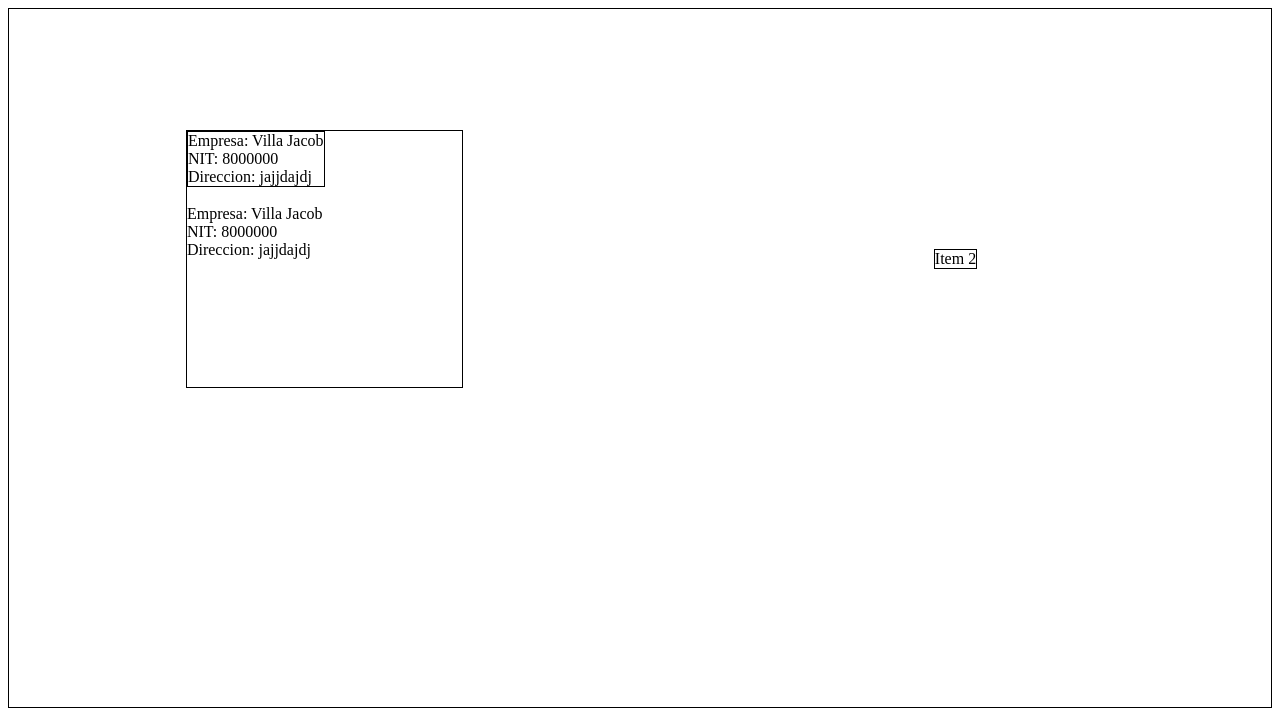
Repository: MrVanQish/FacturaEstructura
Page: index.html
The author's editor kept a copy of each file at every save. The page is drawn from the files as they stood at one save, then again after a run of saves.
The browser window is 1280 px wide. The pictures show the whole page.

Above is the page before, as saved 2021-09-29 09:15:59.

After the next 2 saves:
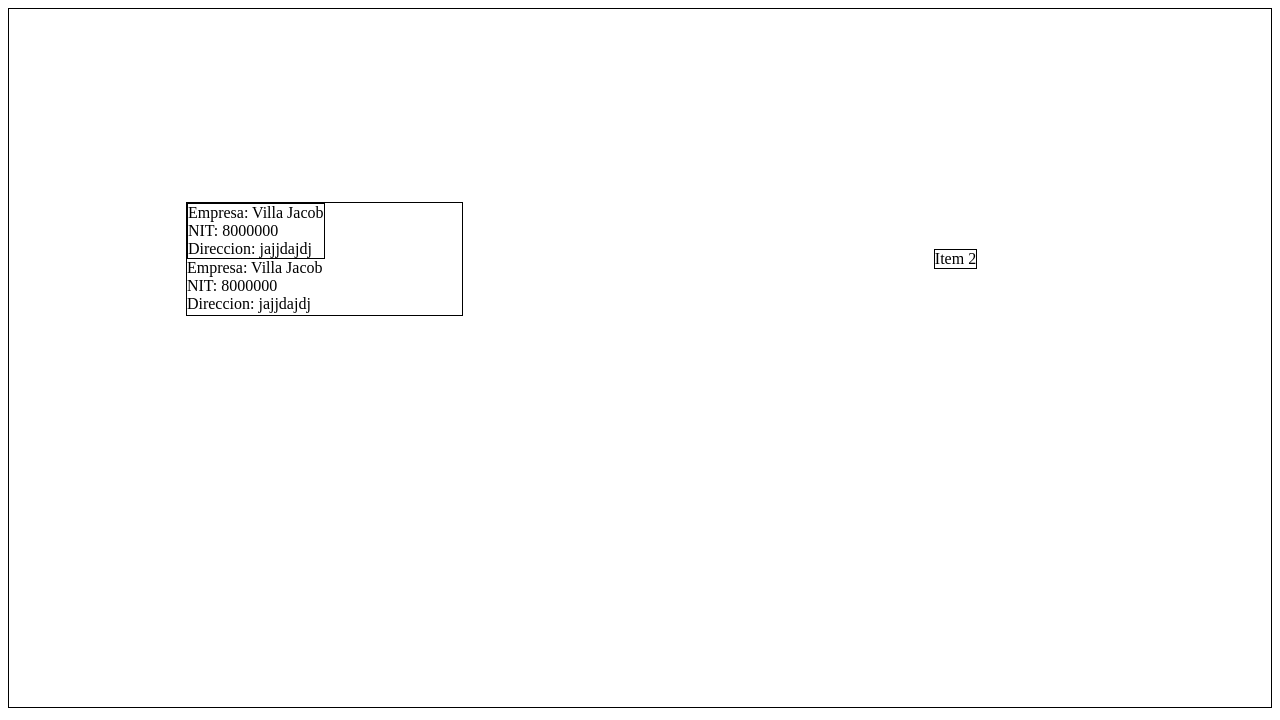
The 2 saves are shown as one change because they came seconds apart.
The last was saved 37 s later.
--- a/index.html
+++ b/index.html
@@ -11,7 +11,6 @@
 
     <div class="wrapper">
         <div class="factura1">
-            <div class="head-f">
                 <div class="infoEmpresa-f">
                     Empresa: Villa Jacob
                     <br>
@@ -28,8 +27,6 @@
                     Direccion: jajjdajdj
                 </div>
 
-            </div >
-
                 <!-- //t -->
             <div class="body-f">
 
